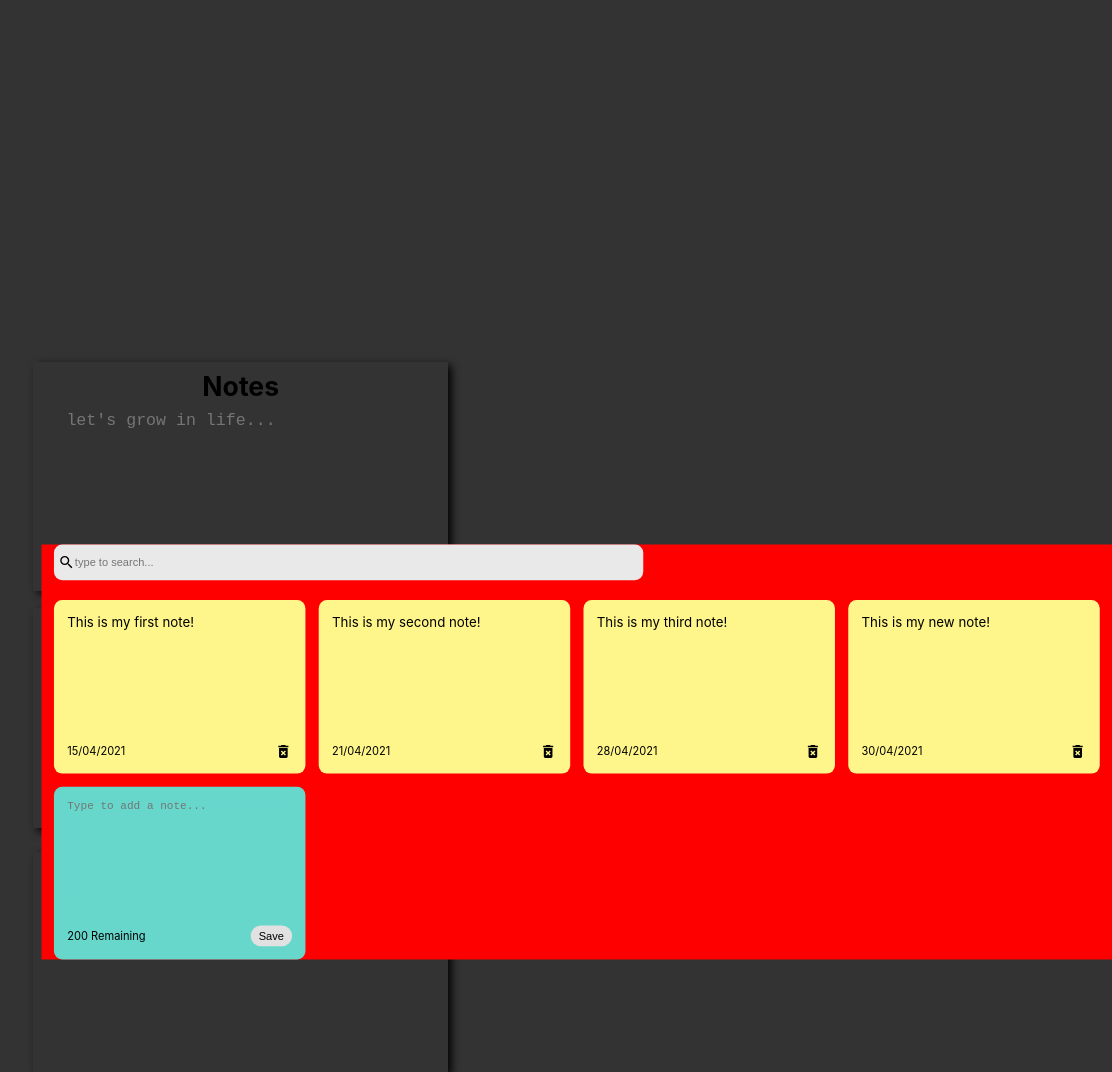
Repository: subhamRsahoo/note
Page: /
An editor plug-in stored every save of this project. The page is shown before and after the next save, followed by the edit.
The browser window is 1280 px wide. The page is 1340 px wide, then 1280 px, so the pictures cover 1340 px, including what lies to the right of the window. The pictures show the whole page, at 83% of full size.
The project was rebuilt for these pictures with package versions that can differ from the ones it lists, and the page was loaded fresh each time.

Above is the page before, as saved 2021-07-15 17:47:14.

### public/index.html
<!DOCTYPE html>
<html lang="en">
  <head>
    <meta charset="utf-8" />
    <link rel="icon" href="%PUBLIC_URL%/favicon.ico" />
    <meta name="viewport" content="width=device-width, initial-scale=1" />
    <meta name="theme-color" content="#000000" />
    <meta
      name="description"
      content="Web site created using create-react-app"
    />
    <link rel="apple-touch-icon" href="%PUBLIC_URL%/logo192.png" />
    <link rel="manifest" href="%PUBLIC_URL%/manifest.json" />


    <!-- <link rel="stylesheet" href="https://cdnjs.cloudflare.com/ajax/libs/font-awesome/5.15.3/css/font-awesome.min.css"/> -->

    <!-- <link rel="stylesheet" href="https://bootswatch.com/4/materia/bootstrap.com"/> -->

    <title>React App</title>
  </head>
  <body>
    <noscript>You need to enable JavaScript to run this app.</noscript>
    <div id="root"></div>
  </body>
</html>

### src/App.js
import React from 'react'
import Hub from './components/Hub';
import Hub1 from './components/aaaa/Hub1';
import A from './components/New folder/A';

function App() {
    return (
        <div>
            <Hub/>
            <Hub1/>
            <A/>
        </div>
    )
}

export default App

### src/components/Hub.js
import React , {useState , useEffect}from "react";
import Header from "./Header";
import Form from "./Form";
import TodoList from "./TodoList";
import './App.css';


const Hub = () => {
  const initalState = JSON.parse(localStorage.getItem("todos")) || [];
  const [input ,setInput] = useState("");
  const [todos ,setTodos] = useState(initalState);
  const [editTodo , setEditTodo] = useState(null);

  useEffect(() => {
    localStorage.setItem("todos" , JSON.stringify(todos))
  }, [todos]);
  return (
    <div className="container1">
      <div className="app-wrapper">
        <div>
          <Header/>
        </div>
        <div>
          <Form
          input={input}
          setInput={setInput}
          todos={todos}
          setTodos={setTodos}
          editTodo={editTodo}
          setEditTodo={setEditTodo}
          />
        </div>
        <div>
          <TodoList todos={todos} setTodos={setTodos} setEditTodo={setEditTodo}/>
        </div>
      </div>
    </div>

  );
}

export default Hub;

### src/components/aaaa/Hub1.js
import React, { Component } from 'react';
import FormDataComponent from './components/form-data.component';
class  Hub1 extends Component {
  render() {
    return (
      <div >
        <FormDataComponent />
      </div>
    );
  }
}

export default Hub1;

### src/components/New folder/A.js
import React from 'react';
import './index.css';
import App from './App';


function A() {
    return (
        <div>
            <App />
        </div>
    )
}

export default A

### src/components/Header.js
import React from 'react'

function Header() {
    return (
        <div className="header">
            <h1>Todo</h1>
        </div>
    )
}

export default Header

### src/components/Form.js
import React , {useEffect} from 'react'
import {v4 as uuidv4} from "uuid";
import AddIcon from '@material-ui/icons/Add';

 const Form =({input , setInput , todos , setTodos , editTodo , setEditTodo }) => {
     const updateTodo = (title , id, completed) =>
     {
         const newTodo = todos.map((todo)=>

             todo.id === id ? {title,id, completed} : todo
         )
         setTodos(newTodo);
         setEditTodo("");
     }
     useEffect(() =>
     {
         if(editTodo)
         {
             setInput(editTodo.title);
         }else{
             setInput("")
         }
     }, [setInput , editTodo]);

     const onInputChange= (event) =>
     {
       setInput(event.target.value);
     };

     const onFormSubmit = (event) =>
     {
        event.preventDefault();
        if(!editTodo){
            setTodos([...todos , {id:uuidv4(), title: input , completed: false}]);
            setInput("");
        }else{
            updateTodo(input , editTodo.id , editTodo.completed)
        }
     }
    return (
       <form onSubmit={onFormSubmit}>
           <input type="text" placeholder="Today tasks... " className="task-input"
           value={input} required onChange={onInputChange} limit={3}/>
           <button type="submit" className="Add">
            <AddIcon/>
           </button>
       </form>
    )
}

export default Form

### src/components/TodoList.js
import React from 'react'
import DoneIcon from '@material-ui/icons/Done';
import EditIcon from '@material-ui/icons/Edit';
import DeleteIcon from '@material-ui/icons/Delete';

const TodoList = ({todos , setTodos , setEditTodo}) => {

    const handleDelete = ({id}) =>
    {
        setTodos(todos.filter((todo) => todo.id !== id));
    }

    const handleComplete = (todo) =>
    {
        setTodos(
            todos.map((item) => {
                if(item.id === todo.id){
                    return {...item , completed: !item.completed};
                }
                return item
            })
        )
    }

    const handleEdit =({id}) =>{
        const findTodo = todos.find((todo) => todo.id === id);
        setEditTodo(findTodo);
    };
    return (
        <div>
           {todos.map((todo) => (
               <li className="list-item"  key={todo.id}>
                   <input type="text"
                     value={todo.title}
                     className={`list ${todo.completed ? "complete" : "" }`}
                     onChange={(event)=> event.preventDefault()}
                   />
                   <div>
                       <button className="button-complete task-button" onClick={() => handleComplete(todo)}>
                          <i><DoneIcon/></i>
                       </button>
                       <button className="button-edit task-button" onClick={()=> handleEdit(todo)}>
                          <i><EditIcon/></i>
                       </button>
                       <button className="button-delete task-button"  onClick={()=> handleDelete(todo)}>
                          <i><DeleteIcon/></i>
                       </button>
                   </div>
               </li>
           ))}
        </div>
    );
}

export default TodoList;

### src/components/App.css
::-webkit-scrollbar {
  width: 9px;
}
::-webkit-scrollbar-thumb {
  background-color: #a8a8a8;
}
::-webkit-scrollbar-thumb:hover {
  background: #828282;
}
::-webkit-scrollbar-track {
  background: #cccccc;
}

body {
  font-family: -apple-system, BlinkMacSystemFont, 'Segoe UI', 'Roboto', 'Oxygen',
    'Ubuntu', 'Cantarell', 'Fira Sans', 'Droid Sans', 'Helvetica Neue',
    sans-serif;
  -webkit-font-smoothing: antialiased;
  -moz-osx-font-smoothing: grayscale;
  background: #333;
}

code {
  font-family: source-code-pro, Menlo, Monaco, Consolas, 'Courier New',
    monospace;
}


*
{
  margin: 0;
  padding: 0;
}

.container1
{
  margin-top: 10px;
  width: 100%;
  min-height: 55vh;
  display: grid;
  justify-content: left;
  /* margin-left: 40px; */
  right: 570px;
  align-items: center;
  position: relative;
  box-sizing: border-box;
  /* left: 40px; */
}

.app-wrapper
{
  background-color: #333;
  width: 500px;
  min-height: 350px;
  padding: 10px;
  box-sizing: border-box;
  border-radius: 10px;
  box-shadow: 4px 4px 10px #000;
  /* margin-bottom: 150px; */

}

.header h1
{
  color: black;
  text-align: left;
  margin: 30px 0;
  margin-left: 200px;
}

.task-input
{
  outline: none;
  width: 350px;
  padding: 15px;
  margin-right: 25px;
  font-size: 20px;
  color: white;
  background-color: #333;
  border: none;
  border-radius: 10px;
}

.task-input:hover
{
  box-shadow: 6px 4px 10px #000;
}

.Add
{
  width: 70px;
  padding: 5px 5px;
  border: 0;
  cursor: pointer;
  border-style: transparent;
  background-color: #333;
}

.Add:hover
{
  border-radius: 10px;
  box-shadow: 6px 4px 10px #000;
}

.list-item
{
  display: flex;
  margin: 20px 0;
  border: none;
  border-radius: 10px;
  padding: 7px;
  max-height: 20px;
}

.list-item:hover
{
  box-shadow: 6px 4px 10px #000;
}

.button-complete,
.button-delete,
.button-edit
{
  border: none;
  outline: none;
  cursor: pointer;
  background-color: transparent;
  font-size: 20px;
  border-radius: 50%;
}

.button-complete
{
  color: #ff6c6c;
  margin-right: 10px;
  margin-left: 70px;
}

.button-edit
{
  color: #e2d029;
  margin-right: 10px;
}

.button-delete
{
  color: lightseagreen;
}

.complete
{
  text-decoration-style: solid;
  text-decoration-line: line-through;
  text-decoration-color: #ff6c6c;
  opacity: 0.6;
}

.list
{
  width: 250px;
  background-color: #333;
  border: none;
  color: wheat;
  font-size: 20px;
  padding-left: 10px;
  margin-right: 15px;
}

input:focus,
button:focus
{
  outline: none;
}

@media screen and (max-width:768px)
{
  .container
  {
    left : 120px;
  }
  .app-wrapper
  {

    min-width: 400px;
    min-height: 260px;
    /* margin-top: 15px; */
  }
}

@media screen and (max-width:540px)
{
  .container
  {
    left: 40px;
  }
}

@media screen and (max-width: 1020px)
{
  .app-wrapper
  {
    min-width: 200px;
    min-height: 260px;
    margin-top: 15px;
  }
}

### src/components/aaaa/components/form-data.component.js
import React, { Component } from 'react';
import './design.css';
export default class FormDataComponent extends Component {
    userData;

    constructor(props) {
        super(props);

        this.onChangeName = this.onChangeName.bind(this);
        this.onChangeName1 = this.onChangeName1.bind(this);
        this.onChangeName2 = this.onChangeName2.bind(this);
        this.onSubmit = this.onSubmit.bind(this);

        this.state = {
            name: '',
            name1: '',
            name2: ''
        }
    }

    // Form Values
    onChangeName(e) {
        this.setState({ name: e.target.value })
    }

    onChangeName1(e) {
        this.setState({ name1: e.target.value })
    }

    onChangeName2(e) {
        this.setState({ name2: e.target.value })
    }


    // React Life Cycle
    componentDidMount() {
        this.userData = JSON.parse(localStorage.getItem('user'));

        if (localStorage.getItem('user')) {
            this.setState({
                name: this.userData.name,
                name1: this.userData.name1,
                name2: this.userData.name2
            })
        } else {
            this.setState({
                name: '',
                name1: '',
                name2: ''
            })
        }
    }

    componentWillUpdate(nextProps, nextState) {
        localStorage.setItem('user', JSON.stringify(nextState));
    }

    onSubmit(e) {
        e.preventDefault()
        console.log(this.state.props)
    }


    render() {
        return (

                <form className="form" onSubmit={this.onSubmit}>
                    <div className="contain">
                        <h1>Notes</h1>
                        <textarea type="text" placeholder="let's grow in life..." className="text1" value={this.state.name} onChange={this.onChangeName} />
                        {/* <button type="submit" className="btn1">Save</button> */}
                    </div>


                    <div className="contain1">
                        <h2>WHAT I LEARNED FROM TODAY?</h2>
                        <textarea type="text" placeholder="What i learned from today noenough for Tomorrow" className="text2" value={this.state.name1} onChange={this.onChangeName1} />
                        {/* <button type="submit" className="btn2">Save</button> */}
                    </div>

                    <div className="contain2">
                        <h2>HOW CAN I MAKE TOMORROW BETTER?</h2>
                        <textarea type="text" placeholder="let's change the lifestyle" className="text3" value={this.state.name2} onChange={this.onChangeName2} />
                        {/* <button type="submit" className="btn3">Save</button> */}
                    </div>
                </form>

        )
    }
}

### src/components/New folder/index.css
body {
	margin: 0;
	font-family: -apple-system, BlinkMacSystemFont, 'Segoe UI',
		'Roboto', 'Oxygen', 'Ubuntu', 'Cantarell', 'Fira Sans',
		'Droid Sans', 'Helvetica Neue', sans-serif;
	-webkit-font-smoothing: antialiased;
	-moz-osx-font-smoothing: grayscale;
}

code {
	font-family: source-code-pro, Menlo, Monaco, Consolas,
		'Courier New', monospace;
}

.header {
	display: flex;
	align-items: center;
	justify-content: space-between;
}

.dark-mode {
	background-color: black;
}

.dark-mode h1 {
	color: white;
}

.container {
	display: grid;
	min-width: 1260px;
	/* margin-right: auto;  */
	position: absolute;
	left: 50px;
	padding-right: 15px;
	padding-left: 15px;
	min-height: 500px;
	background-color:red;
}

.notes-list {
	display: grid;
	grid-gap: 1rem;
	grid-template-columns: repeat(
		auto-fill,
		minmax(250px, 1fr)
	);
}

.note.new {
	background-color: #67d7cc;
}

textarea {
	border: none;
	resize: none;
	background-color: #67d7cc;
}

textarea:focus {
	outline: none;
}

.save {
	background-color: #e1e1e1;
	border: none;
	border-radius: 15px;
	padding: 5px 10px 5px 10px;
}

.save:hover {
	background-color: #ededed;
	cursor: pointer;
}

.note {
	background-color: #fef68a;
	border-radius: 10px;
	padding: 1rem;
	min-height: 170px;
	display: flex;
	flex-direction: column;
	justify-content: space-between;
	white-space: pre-wrap;
}

.note-footer {
	display: flex;
	align-items: center;
	justify-content: space-between;
}

.delete-icon {
	cursor: pointer;
}

.search {
	display: flex;
	align-items: center;
	background-color: rgb(233, 233, 233);
	width: 700px;
	border-radius: 10px;
	padding: 5px;
	margin-bottom: 1.5em;
}

.search input {
	border: none;
	background-color: rgb(233, 233, 233);
	width: 100%;
}

.search input:focus {
	outline: none;
}

### src/components/New folder/App.js
import { useState, useEffect } from 'react';
import { nanoid } from 'nanoid';
import NotesList from './components/NotesList';
import Search from './components/Search';

const App = () => {
	const [notes, setNotes] = useState([
		{
			id: nanoid(),
			text: 'This is my first note!',
			date: '15/04/2021',
		},
		{
			id: nanoid(),
			text: 'This is my second note!',
			date: '21/04/2021',
		},
		{
			id: nanoid(),
			text: 'This is my third note!',
			date: '28/04/2021',
		},
		{
			id: nanoid(),
			text: 'This is my new note!',
			date: '30/04/2021',
		},
	]);

	const [searchText, setSearchText] = useState('');

	useEffect(() => {
		const savedNotes = JSON.parse(
			localStorage.getItem('react-notes-app-data')
		);

		if (savedNotes) {
			setNotes(savedNotes);
		}
	}, []);

	useEffect(() => {
		localStorage.setItem(
			'react-notes-app-data',
			JSON.stringify(notes)
		);
	}, [notes]);

	const addNote = (text) => {
		const date = new Date();
		const newNote = {
			id: nanoid(),
			text: text,
			date: date.toLocaleDateString(),
		};
		const newNotes = [...notes, newNote];
		setNotes(newNotes);
	};

	const deleteNote = (id) => {
		const newNotes = notes.filter((note) => note.id !== id);
		setNotes(newNotes);
	};

	return (
		<div >
			<div className='container'>
				<Search handleSearchNote={setSearchText} />
				<NotesList
					notes={notes.filter((note) =>
						note.text.toLowerCase().includes(searchText)
					)}
					handleAddNote={addNote}
					handleDeleteNote={deleteNote}
				/>
			</div>
		</div>
	);
};

export default App;

### src/components/aaaa/components/design.css
.form
{
    width: 100%;
    height: 250px;
    display: grid;
    margin: 0;
    padding: 0;
}


.contain
{
    display: grid;
    width: 500px;
    left: 40px;
    top: 30px;
    bottom: 10px;
    box-shadow: 4px 4px 10px #000;
    position: relative;
    box-sizing: border-box;

}

.text1
{
    margin-top: 10px;
   width: 400px;
   height: 197px;
   margin-left: 40px;
   background-color: #333;
   border-style: none;
   color: white;
   border-style: none;
   font-size: 20px;
   margin-bottom: 20px;
}

.text1:hover
{
    box-shadow: 4px 4px 10px #000;
}

.contain h1
{
    margin-top: 10px;
   text-align: center;
}

/* .btn1
{
    background-color: #333;
    margin-left: 70px;
    text-decoration-color: white;
    border-style: none;
    color: white;
    cursor: pointer;
    margin-bottom: 10px;
    padding: 8px 8px;
    border-radius: 10px;
}

.btn1:hover
{
    box-shadow: 4px 4px 10px #000;
    padding: 8px 8px;
} */


.contain1
{
    width: 500px;
    top: 50px;
    left: 40px;
    box-shadow: 4px 4px 10px #000;
    position: relative;
    box-sizing: content-box;
    display: grid;
}

.text2
{
    margin-top: 10px;
    width: 400px;
    height: 197px;
    margin-left: 40px;
    background-color: #333;
    border-style: none;
    color: white;
    border-style: none;
    font-size: 20px;
    margin-bottom: 20px;
}

.text2:hover
{
    box-shadow: 4px 4px 10px #000;
}


.contain1 h2
{
    margin-top: 10px;
   text-align: center;
}

/* .btn2
{
    background-color: #333;
    margin-left: 70px;
    text-decoration-color: white;
    border-style: none;
    color: white;
    cursor: pointer;
    margin-bottom: 10px;
    padding: 8px 8px;
    border-radius: 10px;
}

.btn2:hover
{
    box-shadow: 4px 4px 10px #000;
    padding: 8px 8px;
} */

.contain2
{
   width: 500px;
    margin-top: 620px;
    margin-left: 40px;
    /* bottom: 630px; */
    box-shadow: 4px 4px 10px #000;
    position: absolute;
    box-sizing:border-box;
    display: grid;
}

.text3
{
    margin-top: 10px;
    width: 400px;
    height: 197px;
    margin-left: 40px;
    background-color: #333;
    border-style: none;
    color: white;
    border-style: none;
    font-size: 20px;
    margin-bottom: 20px;
}

.text3:hover
{
    box-shadow: 4px 4px 10px #000;
}


.contain2 h2
{
    margin-top: 10px;
   text-align: center;
}

/* .btn3
{
    background-color: #333;
    margin-left: 70px;
    text-decoration-color: white;
    border-style: none;
    color: white;
    cursor: pointer;
    margin-bottom: 10px;
    padding: 8px 8px;
    border-radius: 10px;
}

.btn3:hover
{
    box-shadow: 4px 4px 10px #000;
    padding: 8px 8px;
} */

@media screen and (max-width:768px)
{
    .contain
    {
        left: 80px;
    }
    .contain1
    {
        left: 80px;
    }
    .contain2
    {
        left: 80px;
    }
}

@media screen and (max-width: 540px)
{
    .contain
    {
        left: 0;
    }
    .contain1
    {
        left: 0px;
    }
    .contain2
    {
        left: 0px;
    }
}

### src/components/New folder/components/AddNote.js
import { useState } from 'react';

const AddNote = ({ handleAddNote }) => {
	const [noteText, setNoteText] = useState('');
	const characterLimit = 200;

	const handleChange = (event) => {
		if (characterLimit - event.target.value.length >= 0) {
			setNoteText(event.target.value);
		}
	};

	const handleSaveClick = () => {
		if (noteText.trim().length > 0) {
			handleAddNote(noteText);
			setNoteText('');
		}
	};

	return (
		<div className='note new'>
			<textarea
				rows='8'
				cols='10'
				placeholder='Type to add a note...'
				value={noteText}
				onChange={handleChange}
			></textarea>
			<div className='note-footer'>
				<small>
					{characterLimit - noteText.length} Remaining
				</small>
				<button className='save' onClick={handleSaveClick}>
					Save
				</button>
			</div>
		</div>
	);
};

export default AddNote;

Loaded but not shown: src/index.js (common file); src/components/New folder/components/NotesList.js (common file); src/components/New folder/components/Search.js (common file); src/components/New folder/components/Note.js (common file)

After the next save:
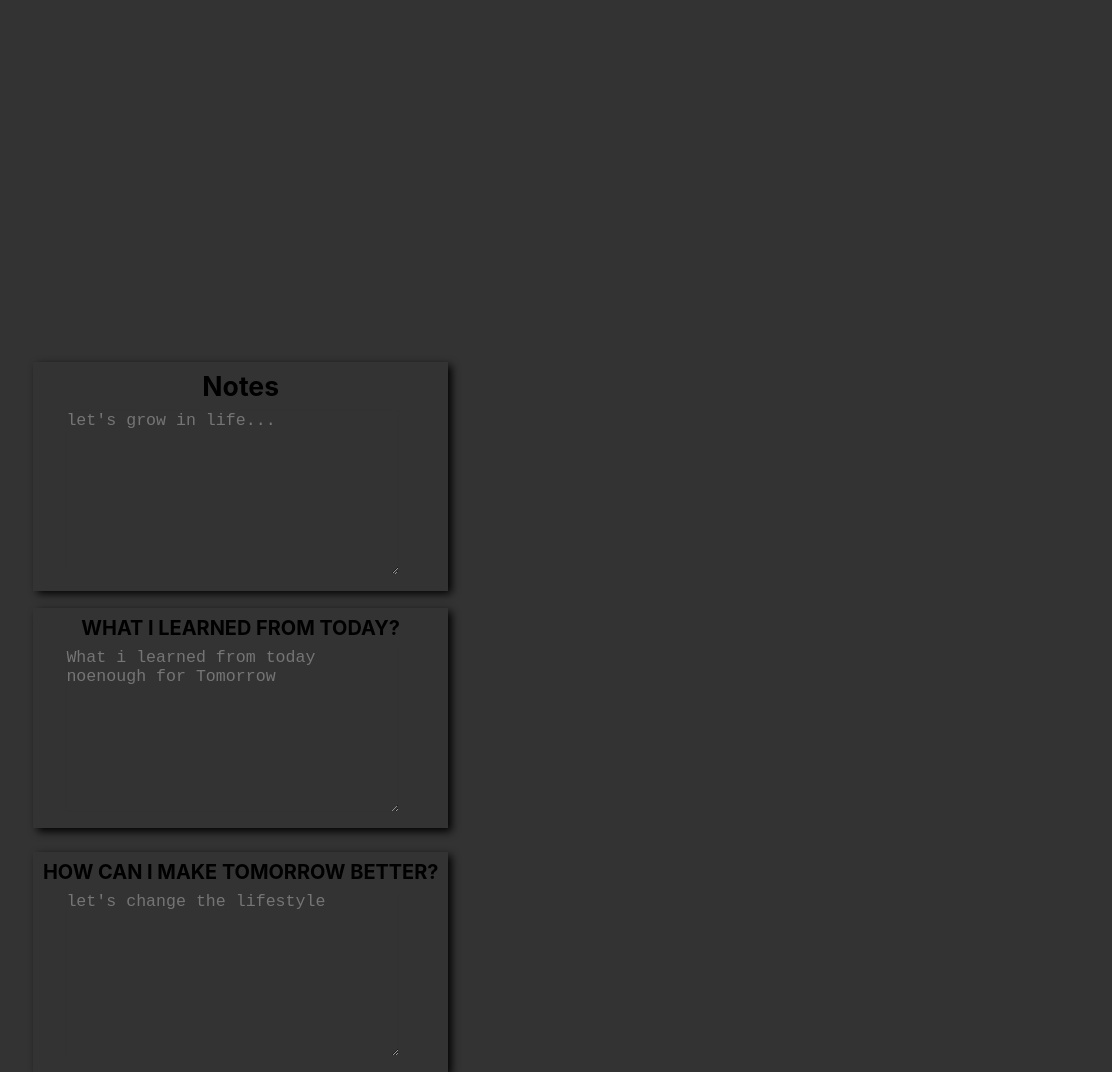
Saved 18 s later.
--- a/src/App.js
+++ b/src/App.js
@@ -1,14 +1,14 @@
 import React from 'react'
 import Hub from './components/Hub';
 import Hub1 from './components/aaaa/Hub1';
-import A from './components/New folder/A';
+// import A from './components/New folder/A';
 
 function App() {
     return (
         <div>
             <Hub/>
             <Hub1/>
-            <A/>
+            {/* <A/> */}
         </div>
     )
 }
